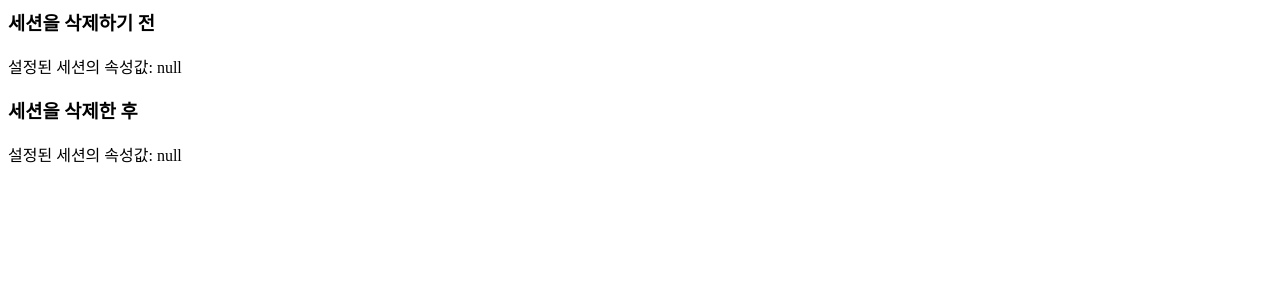
Repository: kiyongee2/kh-jsp
Page: http://localhost/jwbook/session/session3.jsp
An editor plug-in stored every save of this project. The page is shown before and after a run of saves, followed by the edit.
The browser window is 1280 px wide. The pictures show the whole page.
The page is served by Tomcat 9. Other server files are loaded and not shown.

Above is the page before, as saved 2023-11-21 21:30:59.

### jwbook/src/main/webapp/session/session3.jsp
<%@ page language="java" contentType="text/html; charset=UTF-8"
    pageEncoding="UTF-8"%>
<h3>세션을 삭제하기 전</h3>
<%
	String id = (String)session.getAttribute("userID");

    out.println("설정된 세션의 속성값: " + id + "<br>");
%>
<h3>세션을 삭제한 후</h3>
<%
	//세션 정보 얻기
	id = (String)session.getAttribute("userID");

    session.invalidate();

    out.println("설정된 세션의 속성값: " + id + "<br>");
%>

After the next 2 saves:
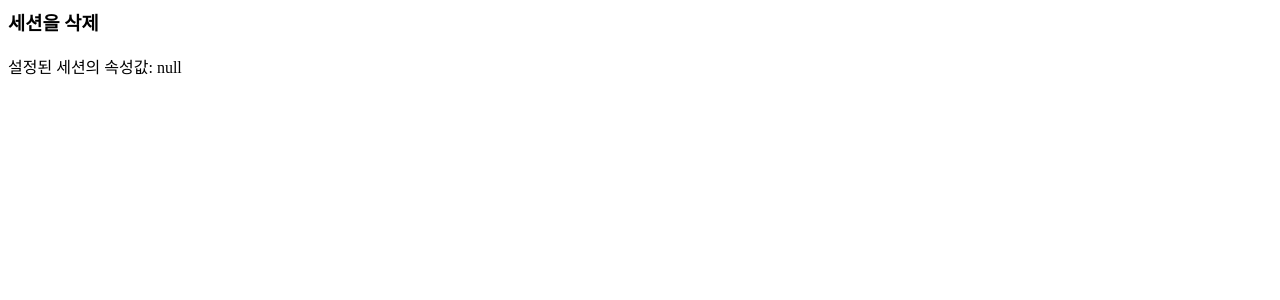
The 2 saves are shown as one change because 1 did not build or start.
The last was saved 3 min 22 s later.
--- a/jwbook/src/main/webapp/session/session3.jsp
+++ b/jwbook/src/main/webapp/session/session3.jsp
@@ -1,17 +1,10 @@
 <%@ page language="java" contentType="text/html; charset=UTF-8"
     pageEncoding="UTF-8"%>
-<h3>세션을 삭제하기 전</h3>
+<h3>세션을 삭제</h3>
 <%
 	String id = (String)session.getAttribute("userID");
 
     out.println("설정된 세션의 속성값: " + id + "<br>");
-%>
-<h3>세션을 삭제한 후</h3>
-<%
-	//세션 정보 얻기
-	id = (String)session.getAttribute("userID");
 
     session.invalidate();
-
-    out.println("설정된 세션의 속성값: " + id + "<br>");
 %>
